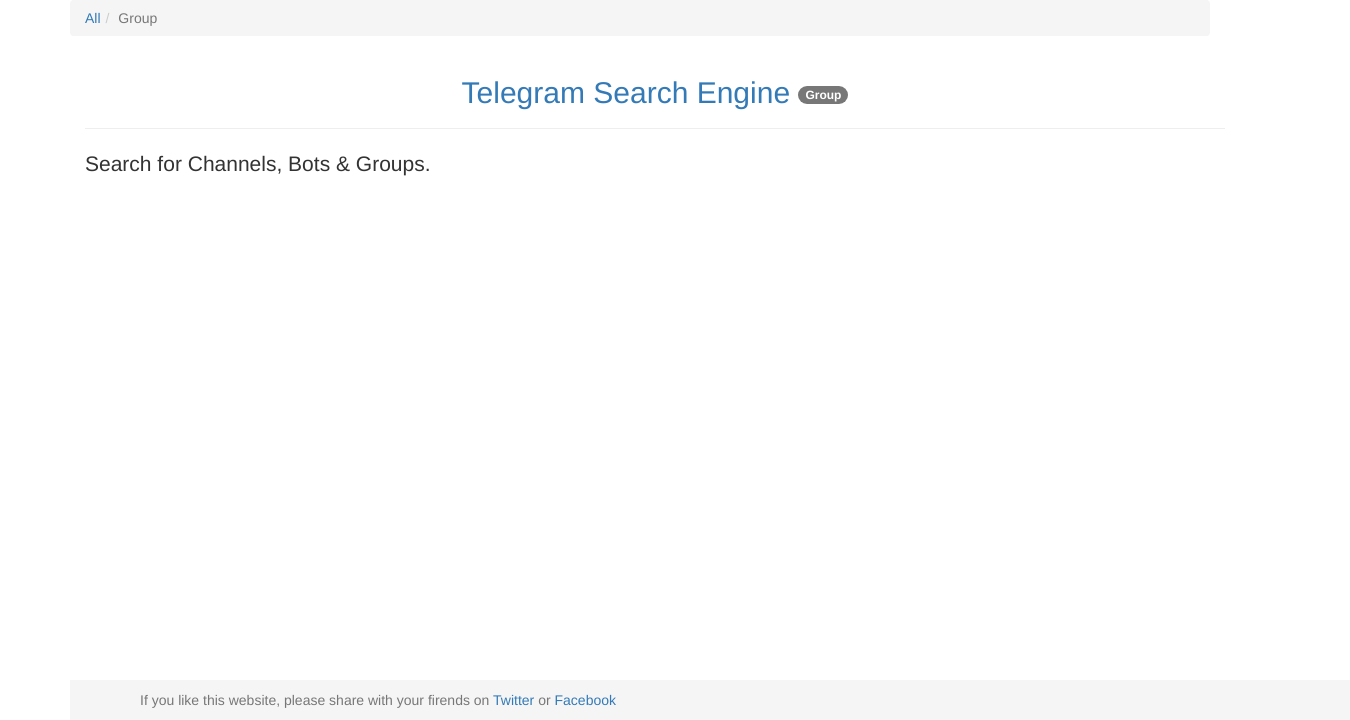
Repository: xtea/xtea.github.io
Page: ts_en_group.html
These files come from the project's save history. The page is drawn as it stood at one moment and after the next save; the edit follows.
The browser window is 1280 px wide. The page is 1350 px wide, so the pictures cover 1350 px, including what lies to the right of the window. The pictures show the whole page.

Above is the page before, as saved 2024-12-16 22:58:36.

### ts_en_group.html
<!DOCTYPE html>
<html lang="zh-CN">
  <head>
    <meta charset="utf-8">
    <meta http-equiv="Content-Type" content="text/html; charset=UTF-8">
    <meta http-equiv="X-UA-Compatible" content="IE=edge">
    <meta name="viewport" content="width=device-width, initial-scale=1">
    <meta name="description" content="Discover Thousands Telegram Channels, Groups and bots easily. List one of your own Telegram join link for free in Telegram group." />
    <meta name="keywords" content="Telegram, TELEGRAM group, Telegram group search, tg search, find telegram group" />
    <meta name="twitter:card" content="summary"></meta>

    <!-- Google Tag Manager -->
  <script>(function(w,d,s,l,i){w[l]=w[l]||[];w[l].push({'gtm.start':
  new Date().getTime(),event:'gtm.js'});var f=d.getElementsByTagName(s)[0],
  j=d.createElement(s),dl=l!='dataLayer'?'&l='+l:'';j.async=true;j.src=
  'https://www.googletagmanager.com/gtm.js?id='+i+dl;f.parentNode.insertBefore(j,f);
  })(window,document,'script','dataLayer','GTM-PNTGKNM');</script>
  <!-- End Google Tag Manager -->

  <!-- 广告拦截收入挽回 -->
  <script async src="https://fundingchoicesmessages.google.com/i/pub-5106553482008442?ers=1" nonce="Vutk0xBGqbSGui6kDlQ69w"></script><script nonce="Vutk0xBGqbSGui6kDlQ69w">(function() {function signalGooglefcPresent() {if (!window.frames['googlefcPresent']) {if (document.body) {const iframe = document.createElement('iframe'); iframe.style = 'width: 0; height: 0; border: none; z-index: -1000; left: -1000px; top: -1000px;'; iframe.style.display = 'none'; iframe.name = 'googlefcPresent'; document.body.appendChild(iframe);} else {setTimeout(signalGooglefcPresent, 0);}}}signalGooglefcPresent();})();</script>

  <!-- 电报搜索_EN xtea -->
<!--   <script async src="https://pagead2.googlesyndication.com/pagead/js/adsbygoogle.js?client=ca-pub-5106553482008442"
     crossorigin="anonymous"></script> -->
  <!-- googlesyndication -->

  <script async src="https://pagead2.googlesyndication.com/pagead/js/adsbygoogle.js?client=ca-pub-8099937387516501"
     crossorigin="anonymous"></script>


    <link rel="shortcut icon" href="img/2020/favicon.ico" type="image/x-icon" />
    <!-- 上述3个meta标签*必须*放在最前面，任何其他内容都*必须*跟随其后！ -->
    <!-- Bootstrap -->
    <link href="https://cdn.jsdelivr.net/npm/bootstrap@3.3.7/dist/css/bootstrap.min.css" rel="stylesheet">
    <!-- HTML5 shim 和 Respond.js 是为了让 IE8 支持 HTML5 元素和媒体查询（media queries）功能 -->
    <!-- 警告：通过 file:// 协议（就是直接将 html 页面拖拽到浏览器中）访问页面时 Respond.js 不起作用 -->
    <!--[if lt IE 9]>
      <script src="https://cdn.jsdelivr.net/npm/html5shiv@3.7.3/dist/html5shiv.min.js"></script>
      <script src="https://cdn.jsdelivr.net/npm/respond.js@1.4.2/dest/respond.min.js"></script>
    <![endif]-->
     <style>
     	/* Sticky footer styles
-------------------------------------------------- */
html {
  position: relative;
  min-height: 100%;
}
body {
  /* Margin bottom by footer height */
  margin-bottom: 60px;
}
.page-header {
    margin: 20px 0 20px;
}
.footer {
  position: absolute;
  bottom: 0;
  width: 100%;
  /* Set the fixed height of the footer here */
  background-color: #f5f5f5;
}


/* Custom page CSS
-------------------------------------------------- */
/* Not required for template or sticky footer method. */
.container .text-muted {
  margin: 10px 0;
}

.footer > .container {
  padding-right: 15px;
  padding-left: 15px;
}

code {
  font-size: 80%;
}
</style>
<!-- Google tag (gtag.js) -->
<script async src="https://www.googletagmanager.com/gtag/js?id=G-MTG41DQTYK"></script>
<script>
  window.dataLayer = window.dataLayer || [];
  function gtag(){dataLayer.push(arguments);}
  gtag('js', new Date());

  gtag('config', 'G-MTG41DQTYK');
</script>
	<title>Telegram Search. Find Telegram Channels, Bots & Groups.</title>
  </head>
  <body>
	  <!-- Google Tag Manager (noscript) -->
    <noscript><iframe src="https://www.googletagmanager.com/ns.html?id=GTM-PNTGKNM"
    height="0" width="0" style="display:none;visibility:hidden"></iframe></noscript>
    <!-- End Google Tag Manager (noscript) -->
    <div class="container">
      <div>
      <ol class="breadcrumb">
        <li><a href="ts_en.html">All</a></</li>
        <li class="active">Group</a></li>
      </ol>
    </div>
    <div class="container">
      <div class="page-header">
        <h2 class="text-center"><a href="ts_en_group.html">Telegram Search Engine</a>
          <span class="badge badge-info" title="Group Only.">Group</span>
        </h2>
      </div>
      <p class="lead">
        Search for Channels, Bots & Groups.
      </p>

    <!-- 电报搜索_EN xtea-->
<!--     <ins class="adsbygoogle"
         style="display:block"
         data-ad-client="ca-pub-5106553482008442"
         data-ad-slot="9702953718"
         data-ad-format="auto"
         data-full-width-responsive="true"></ins>
    <script>
         (adsbygoogle = window.adsbygoogle || []).push({});
    </script>  -->
      <!-- 电报搜索_EN -->

    <!-- 电报搜索_EN -->
  <ins class="adsbygoogle"
       style="display:block"
       data-ad-client="ca-pub-8099937387516501"
       data-ad-slot="1097909114"
       data-ad-format="auto"
       data-full-width-responsive="true"></ins>
  <script>
       (adsbygoogle = window.adsbygoogle || []).push({});
  </script>

     <script async src="https://cse.google.com/cse.js?cx=006249643689853114236:iggtcom3jxi"></script>
     <div class="gcse-search"></div>

    </div>
     <!-- Begin page content -->
    <footer class="footer">
      <div class="container">
        <p class="text-muted">
          If you like this website, please share with your firends on
          <a href="https://twitter.com/share?text=Telegram Search for everything&url=https://xtea.io/ts_en.html" target="_blank">Twitter</a>
          or
          <a href="https://www.facebook.com/sharer.php?title=Telegram Search for everything&u=https://xtea.io/ts_en.html" target="_blank">Facebook</a>
        </p>
      </div>
    </footer>
  </body>

</html>

After the next save:
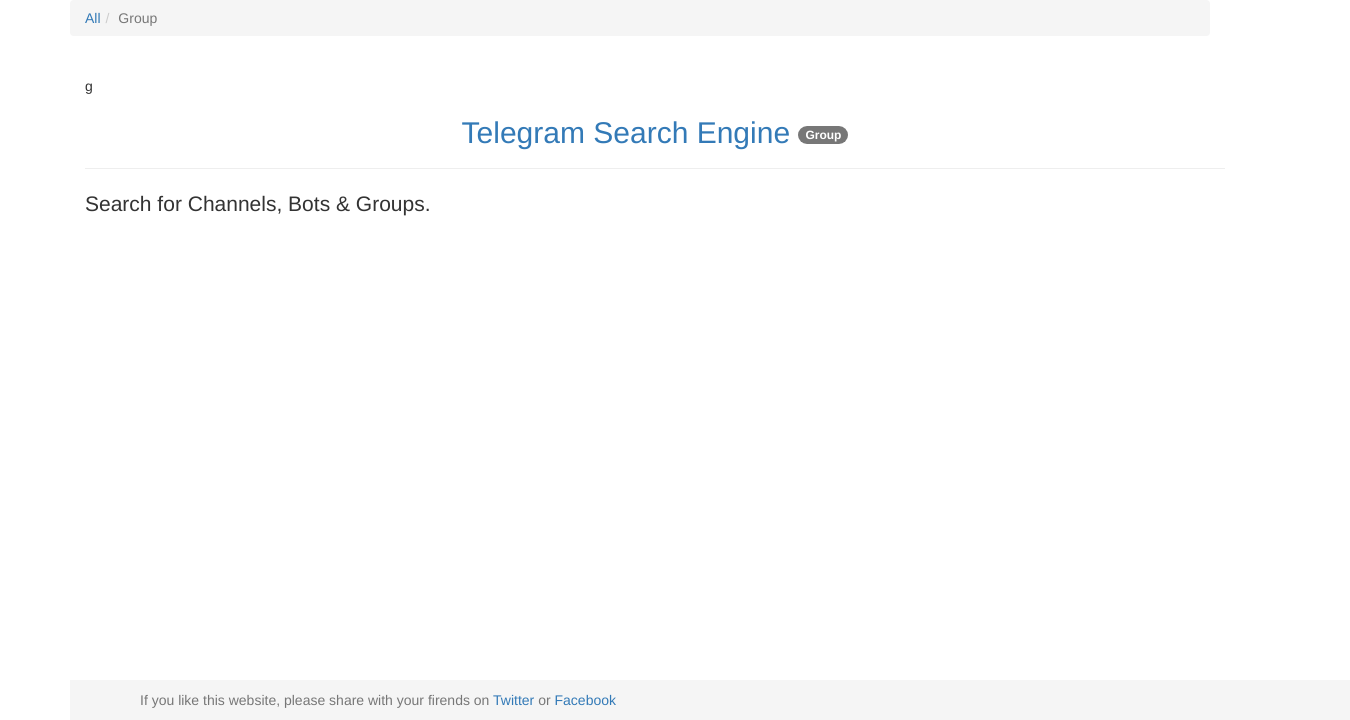
Saved 6 s later.
--- a/ts_en_group.html
+++ b/ts_en_group.html
@@ -102,7 +102,7 @@
       </ol>
     </div>
     <div class="container">
-      <div class="page-header">
+      <div class="page-header">g
         <h2 class="text-center"><a href="ts_en_group.html">Telegram Search Engine</a>
           <span class="badge badge-info" title="Group Only.">Group</span>
         </h2>

After the 5 saves that followed:
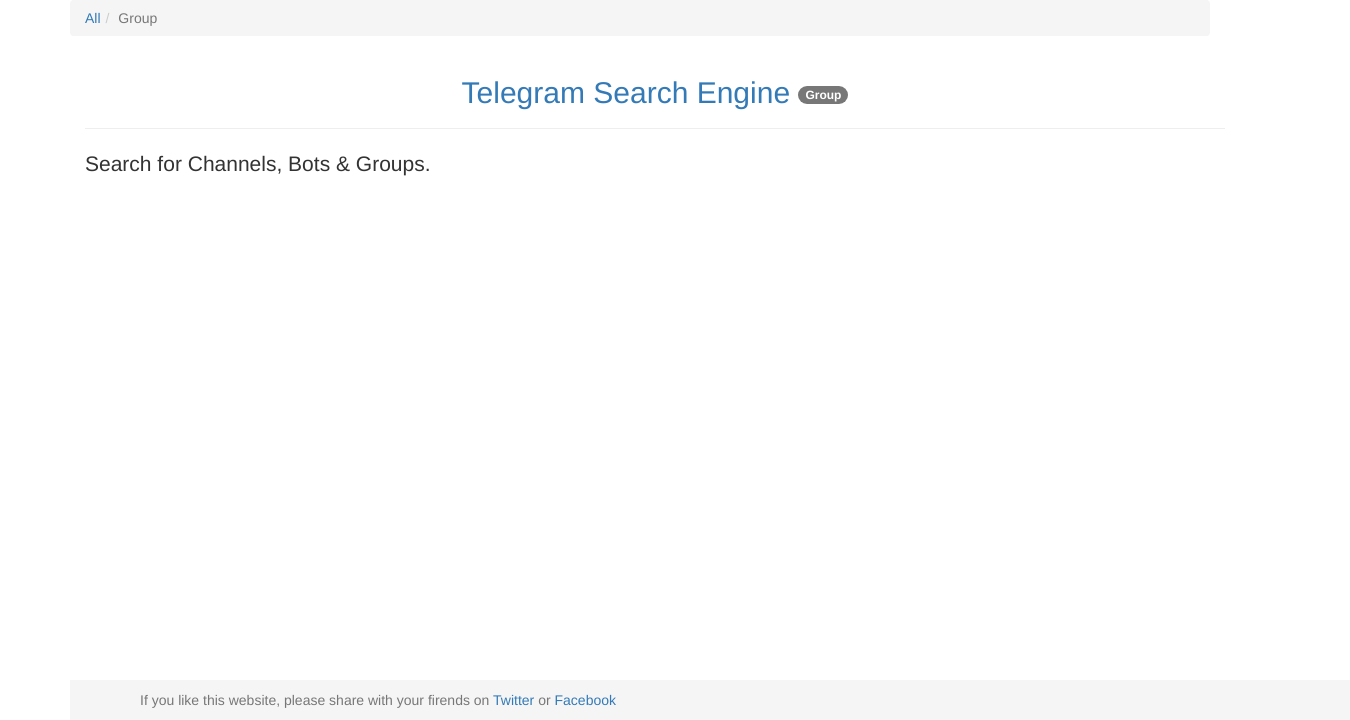
The 5 saves are shown as one change because 2 left the picture as it was and some came seconds apart.
The last was saved 4 min 16 s later.
--- a/ts_en_group.html
+++ b/ts_en_group.html
@@ -102,7 +102,7 @@
       </ol>
     </div>
     <div class="container">
-      <div class="page-header">g
+      <div class="page-header">
         <h2 class="text-center"><a href="ts_en_group.html">Telegram Search Engine</a>
           <span class="badge badge-info" title="Group Only.">Group</span>
         </h2>
